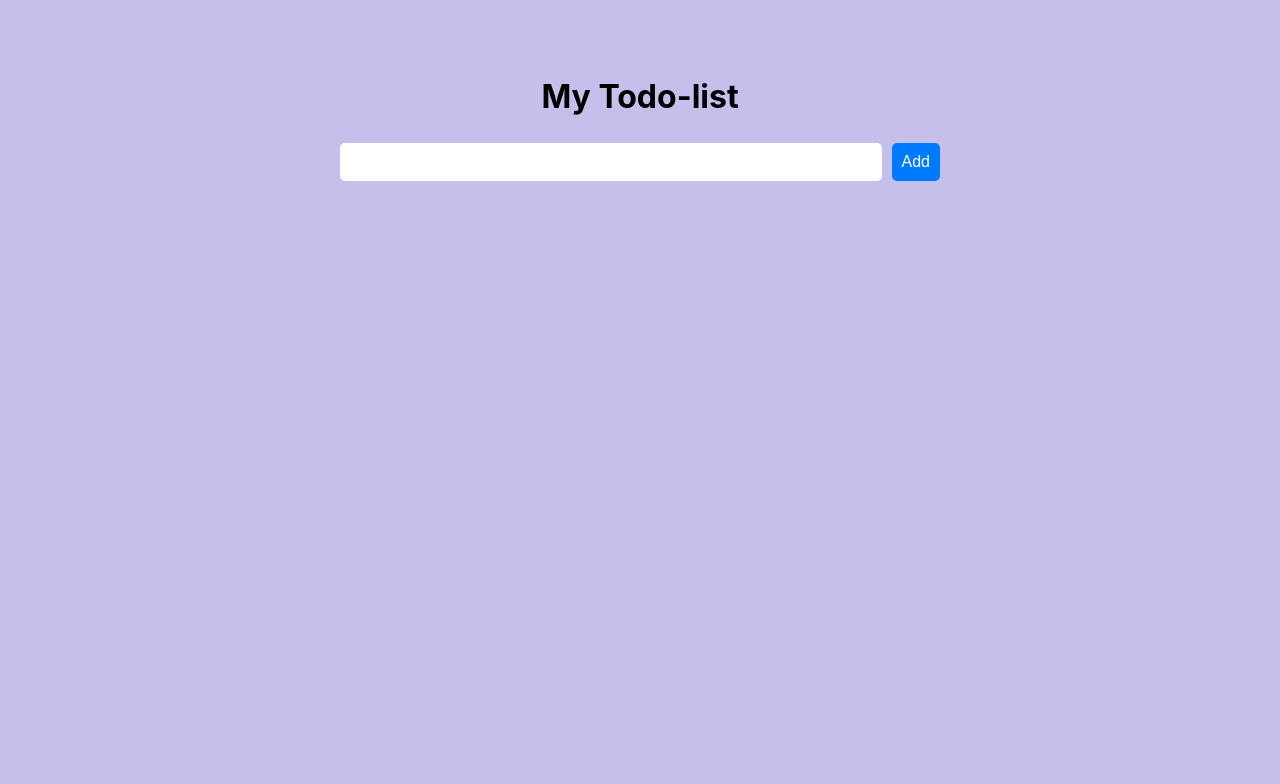
Repository: bianphang/todo-list_vanilla-js
Page: index.html
An editor plug-in stored every save of this project. The page is shown before and after the next save, followed by the edit.
The browser window is 1280 px wide. The pictures show the whole page.

Above is the page before, as saved 2024-06-10 14:50:55.

After the next save:
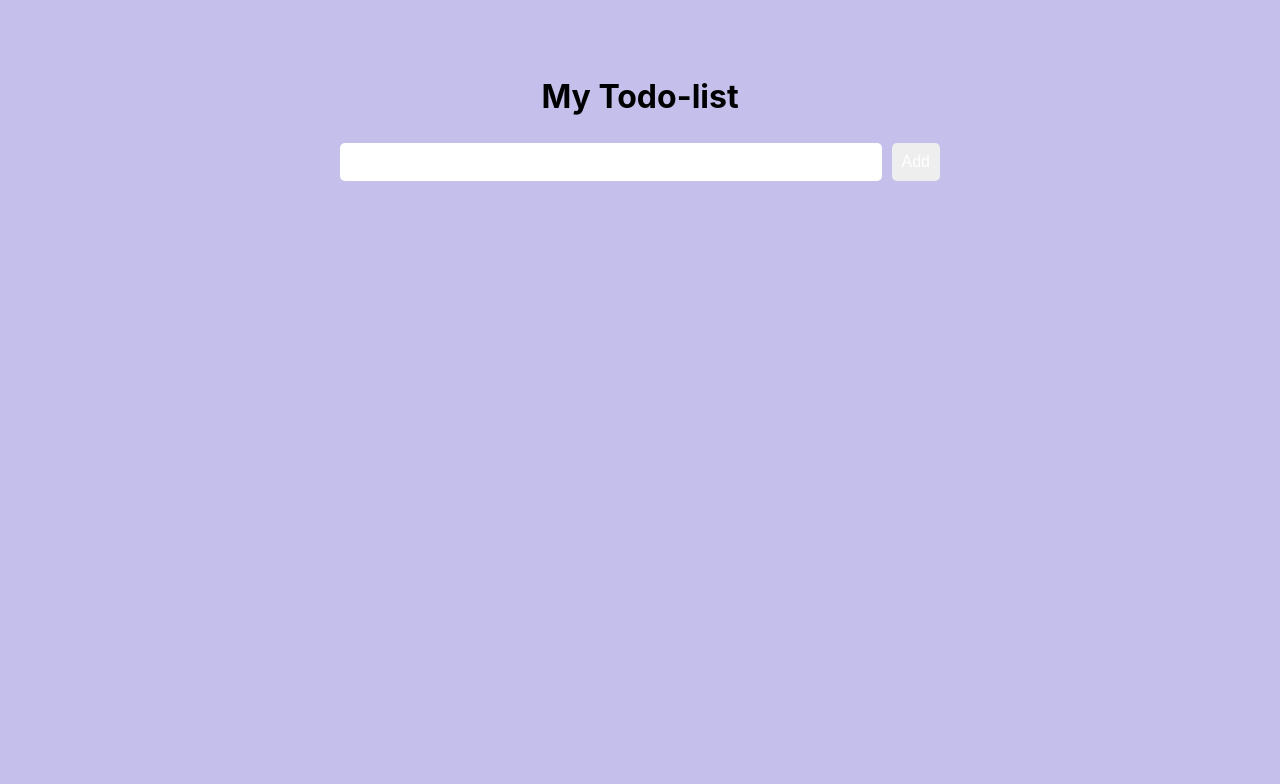
Saved 113 s later.
--- a/styles.css
+++ b/styles.css
@@ -78,7 +78,7 @@ body {
   padding: 10px;
   font-size: 16px;
   color: #fff;
-  background-color: #007aff;
+  background-color: #eee;
   border-radius: 5px;
   border: none;
   cursor: pointer;
